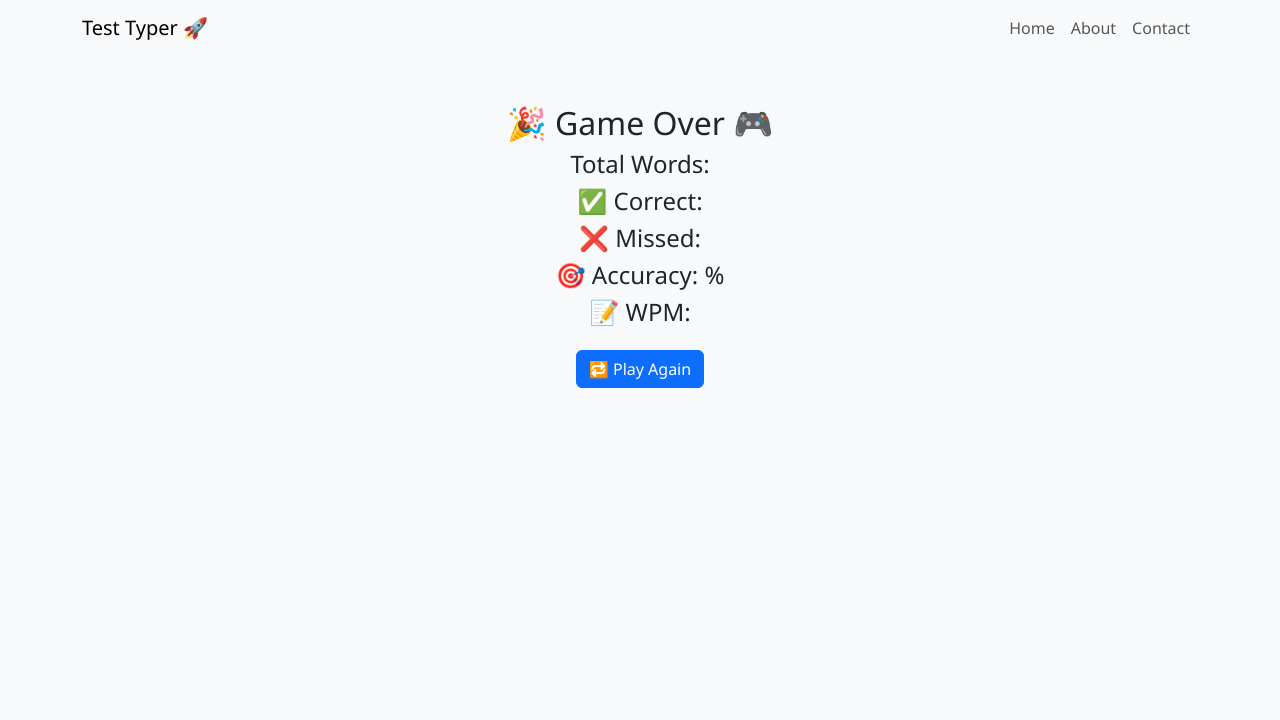
Repository: SHAHZADcodr/typing-test-react
Page: /gameOver
The author's editor kept a copy of each file at every save. The page is drawn from the files as they stood at one save, then again after the next save.
The browser window is 1280 px wide. The pictures show the whole page.
The project was rebuilt for these pictures with package versions that can differ from the ones it lists, and the page was loaded fresh each time. Also part of the build but not shown: src/pages/Home.jsx, src/pages/About.jsx, src/pages/Contact.jsx, src/customCss/Game.css, src/pages/Game.jsx. Imported but missing from the stored project, and not drawn on this page: src/assets/pop.mp3.

Above is the page before, as saved 2025-04-08 22:22:16.

After the next save:
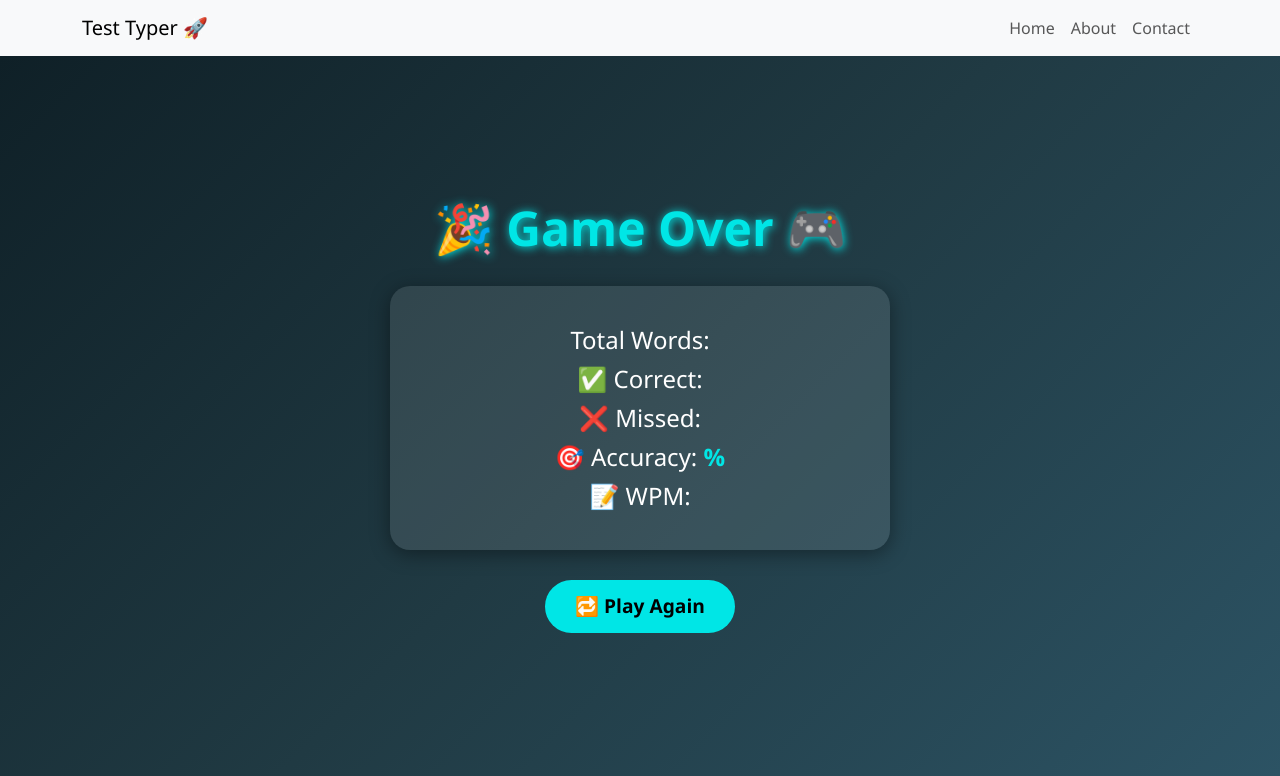
Saved 60 s later.
--- a/src/pages/GameOver.jsx
+++ b/src/pages/GameOver.jsx
@@ -1,8 +1,6 @@
 import React from 'react';
 import { useLocation, useNavigate } from 'react-router-dom';
-import { Container, Button } from 'react-bootstrap';
 import '../customCss/GameOver.css';
-
 
 const GameOver = () => {
   const { state } = useLocation();
@@ -11,17 +9,21 @@ const GameOver = () => {
   const { score, missed, accuracy, wpm, total } = state || {};
 
   return (
-    <Container className="text-center mt-5">
-      <h2>🎉 Game Over 🎮</h2>
-      <h4>Total Words: {total}</h4>
-      <h4>✅ Correct: {score}</h4>
-      <h4>❌ Missed: {missed}</h4>
-      <h4>🎯 Accuracy: {accuracy}%</h4>
-      <h4>📝 WPM: {wpm}</h4>
-      <Button className="mt-3" onClick={() => navigate('/')}>
+    <div className="gameover-container">
+      <h1 className="gameover-title">🎉 Game Over 🎮</h1>
+
+      <div className="stats-box">
+        <h4>Total Words: <span>{total}</span></h4>
+        <h4>✅ Correct: <span>{score}</span></h4>
+        <h4>❌ Missed: <span>{missed}</span></h4>
+        <h4>🎯 Accuracy: <span>{accuracy}%</span></h4>
+        <h4>📝 WPM: <span>{wpm}</span></h4>
+      </div>
+
+      <button className="restart-button" onClick={() => navigate('/')}>
         🔁 Play Again
-      </Button>
-    </Container>
+      </button>
+    </div>
   );
 };
 
